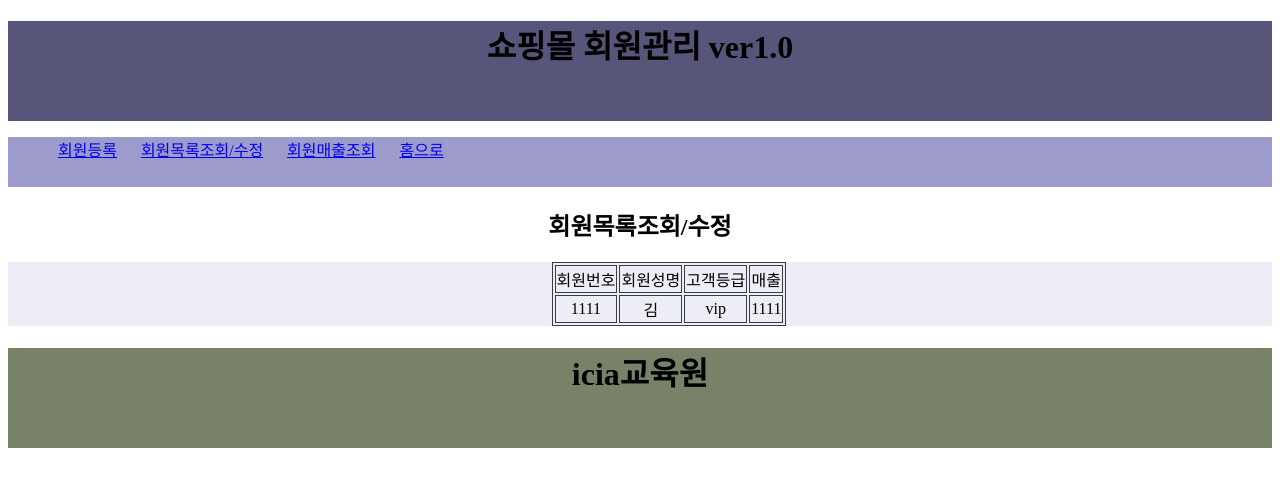
Repository: Kim-seongjun/javastudy2
Page: http://localhost/back_end_test/memberlist
The author's editor kept a copy of each file at every save. The page is drawn from the files as they stood at one save, then again after the next save.
The browser window is 1280 px wide. The pictures show the whole page.
The page is served by Tomcat 9. Other server files are loaded and not shown.

Above is the page before, as saved 2020-01-22 07:07:07.

### back_end_test/WebContent/memberlist.jsp
<%@ page language="java" contentType="text/html; charset=UTF-8"
	pageEncoding="UTF-8"%>
<!DOCTYPE html>
<html>
<head>
<meta charset="UTF-8">
<title>Insert title here</title>
<style>
#header {
	background-color: #58557A;
	text-align: center;
	height: 100px;
}

#nav {
	background-color: #9D9BCC;
	height: 50px;
}

#footer {
	text-align: center;
	background-color: #778268;
	height: 100px;
}

table {
	border: 1px solid #373D40;
	text-align: center;
	margin-left: 43%;
}

tr td {
	border: 1px solid #373D40;
}

#div_sales {
	background-color: #EDEDF7;
}
</style>
</head>
<body>

	<header>
		<div id="header">
			<jsp:include page="header.jsp" />
		</div>
	</header>
	<nav>
		<div id="nav">
			<jsp:include page="nav.jsp" />
		</div>
	</nav>
	<section>
		<div>
			<h1 style="text-align: center;">회원목록조회/수정</h1>
		</div>
		<div id="div_sales">
			<form action="#">
				<table>
					<tr>
						<td>회원번호</td>
						<td>회원성명</td>
						<td>고객등급</td>
						<td>매출</td>
					</tr>
					<tr>
						<td>1111</td>
						<td>김</td>
						<td>vip</td>
						<td>1111</td>
					</tr>
				</table>
			</form>
		</div>
	</section>
	<footer>
		<div id="footer">
			<jsp:include page="footer.jsp" />
		</div>
	</footer>
	<script>

	</script>
</body>
</html>

### back_end_test/WebContent/header.jsp
<%@ page language="java" contentType="text/html; charset=UTF-8"
	pageEncoding="UTF-8"%>
<!DOCTYPE html>
<html>
<head>
<meta charset="UTF-8">
<title>Insert title here</title>
<style>
</style>
</head>
<body>
<h1>쇼핑몰 회원관리 ver1.0</h1>
</body>
</html>

### back_end_test/WebContent/nav.jsp
<%@ page language="java" contentType="text/html; charset=UTF-8"
    pageEncoding="UTF-8"%>
<!DOCTYPE html>
<html>
<head>
<meta charset="UTF-8">
<title>Insert title here</title>

</head>
<style>
ul li {
	list-style-type: none;
	display: inline;
	margin: 0px 10px;
}
</style>
<body>
   <div id="div_nav">
      <ul id="list">
         <li><a href="Joinfrm">회원등록</a></li>
         <li><a href="memberlist">회원목록조회/수정</a></li>
         <li><a href="membersales">회원매출조회</a></li>
         <li><a href="index">홈으로</a></li>
      </ul>
   </div>
</body>
</html>

### back_end_test/WebContent/footer.jsp
<%@ page language="java" contentType="text/html; charset=UTF-8"
	pageEncoding="UTF-8"%>
<!DOCTYPE html>
<html>
<head>
<meta charset="UTF-8">
<title>Insert title here</title>
</head>
<body>
	<h1>icia교육원</h1>
</body>
</html>

### back_end_test/src/com/icia/open/Controller/Home.java
package com.icia.open.Controller;

import java.io.IOException;

import javax.servlet.RequestDispatcher;
import javax.servlet.ServletException;
import javax.servlet.annotation.WebServlet;
import javax.servlet.http.HttpServlet;
import javax.servlet.http.HttpServletRequest;
import javax.servlet.http.HttpServletResponse;

import com.icia.open.Bean.Forward;
import com.icia.open.DAO.MemberDao;
import com.icia.open.service.MemberMM;

/**
 * Servlet implementation class Home
 */

@WebServlet({ "/Joinfrm","/memberlist","/membersales","/index","/memberjoin" })

public class Home extends HttpServlet {
	private static final long serialVersionUID = 1L;

	protected void doProcess(HttpServletRequest request, HttpServletResponse response)
			throws ServletException, IOException {
		request.setCharacterEncoding("utf-8");
		String cmd = request.getServletPath();
		System.out.println("cmd = " + cmd);
		Forward fw = new Forward();
		MemberMM mm = new MemberMM(request, response);
		MemberDao md = new MemberDao();

		switch (cmd) {
		case "/memberjoin":
			fw = mm.memberjoin();
			break;
		case "/Joinfrm":
			fw = mm.Joinfrm();
			break;
		case "/index":
			fw = mm.index();
			break;
		case "/memberlist":
			fw = mm.memberlist();
			break;
		case "/membersales":
			fw = mm.membersales();
			break;
		}
		if(fw!=null) {
	         if(fw.isRedirect()) {
	            response.sendRedirect(fw.getPath());
	         }
	         else {
	            RequestDispatcher dis=request.getRequestDispatcher(fw.getPath());
	            dis.forward(request, response);
	         }
	      }
	}

	protected void doGet(HttpServletRequest request, HttpServletResponse response)
			throws ServletException, IOException {
		doProcess(request, response);
	}

	protected void doPost(HttpServletRequest request, HttpServletResponse response)
			throws ServletException, IOException {
		doProcess(request, response);
	}

}

### back_end_test/src/com/icia/open/Bean/Forward.java
package com.icia.open.Bean;

public class Forward {
	private String path;
	private boolean isRedirect;

	public String getPath() {
		return path;
	}

	public void setPath(String path) {
		this.path = path;
	}

	public boolean isRedirect() {
		return isRedirect;
	}

	public void setRedirect(boolean isRedirect) {
		this.isRedirect = isRedirect;
	}
}

### back_end_test/src/com/icia/open/service/MemberMM.java
package com.icia.open.service;

import java.text.SimpleDateFormat;
import java.util.Date;

import javax.servlet.http.HttpServletRequest;
import javax.servlet.http.HttpServletResponse;

import com.google.gson.Gson;
import com.icia.open.Bean.Forward;
import com.icia.open.Bean.Member;
import com.icia.open.DAO.MemberDao;

public class MemberMM {
	HttpServletRequest request;
	HttpServletResponse response;

	public MemberMM(HttpServletRequest request, HttpServletResponse response) {
		this.request = request;
		this.response = response;
	}

	public Forward index() {
		Forward fw = new Forward();
		fw.setPath("index.jsp");
		fw.setRedirect(false);
		return fw;

	}

	public Forward Joinfrm() {
		Forward fw = new Forward();
		MemberDao mDao = new MemberDao();
		Member mb = mDao.joinfrm();
		SimpleDateFormat format1 = new SimpleDateFormat("yyyy-MM-dd");
		Date time = new Date();
		String time1 = format1.format(time);
		System.out.println("time1=" + time1);
		System.out.println("가져온다" + mb.getCustno());
		request.setAttribute("custno", mb.getCustno());
		request.setAttribute("time1", time1);
		fw.setPath("Joinfrm.jsp");
		fw.setRedirect(false);
		return fw;
	}

	public Forward memberlist() {
		Forward fw = new Forward();
		MemberDao mDao = new MemberDao();
		fw.setPath("memberlist.jsp");
		fw.setRedirect(false);
		return fw;
	}

	public Forward membersales() {
		Forward fw = new Forward();
		MemberDao mDao = new MemberDao();
		Member mb = mDao.membersales();
		fw.setPath("membersales.jsp");
		fw.setRedirect(false);
		return fw;
	}

	public Forward memberjoin() {
		Forward fw = new Forward();
		Member mb = new Member();

		mb.setCustno(Integer.parseInt(request.getParameter("custno")));
		System.out.println("custno " + request.getParameter("custno"));
		mb.setCustname(request.getParameter("custname"));
		System.out.println("custname " + request.getParameter("custname"));
		mb.setPhone(request.getParameter("phone"));
		System.out.println("phone " + request.getParameter("phone"));

		mb.setAddress(request.getParameter("address"));
		System.out.println("address " + request.getParameter("address"));

		mb.setJoindate(request.getParameter("joindate"));
		System.out.println("joindate " + request.getParameter("joindate"));

		mb.setGrade(request.getParameter("grade"));
		System.out.println("grade " + request.getParameter("grade"));

		mb.setCity(request.getParameter("city"));
		System.out.println("city " + request.getParameter("city"));

		MemberDao mDao = new MemberDao();
		boolean result = mDao.memberJoin(mb);
		mDao.close();
		if (result) {
			fw.setPath("index.jsp");
			fw.setRedirect(true);
		} else {
			request.setAttribute("msg", "회원가입 실패");
			fw.setPath("Joinfrm.jsp");
			fw.setRedirect(false);
		}
		return fw;
	}

}

### back_end_test/src/com/icia/open/DAO/MemberDao.java
package com.icia.open.DAO;

import java.sql.Connection;
import java.sql.PreparedStatement;
import java.sql.ResultSet;
import java.sql.SQLException;

import com.icia.open.Bean.Member;

public class MemberDao {
	Connection con;
	PreparedStatement pstmt;
	ResultSet rs;

	public MemberDao() {
		con = JdbcUtil.getConnection();
	}

	public void close() {
		JdbcUtil.close(rs, pstmt, con);
	}

	public Member joinfrm() {
		String sql = "SELECT ROWNUM,CUSTNO FROM MEMBER WHERE ROWNUM=1 ORDER BY custno DESC";
		try {
			pstmt=con.prepareStatement(sql);
			rs=pstmt.executeQuery();
			Member mb = new Member();
			if(rs.next()) {
				mb.setCustno(rs.getInt("custno")+1);
				System.out.println("custno = "+rs.getInt("custno"));
			}
			return mb;

		} catch (SQLException e) {
			System.out.println("조인 예외");
			e.printStackTrace();
		}
		return null;
	}

	public Member membersales() {
		String sql = "SELECT * FROM MEMBER WHERE ROWNUM=1 ORDER BY custno DESC";
		return null;
	}



	public boolean memberJoin(Member mb) {
		String sql = "INSERT INTO MEMBER VALUES(?,?,?,?,?,?,?)";
		int result = 0;
		try {
			pstmt=con.prepareStatement(sql);
			pstmt.setInt(1, mb.getCustno());
			pstmt.setNString(2, mb.getCustname());
			pstmt.setNString(3, mb.getPhone());
			pstmt.setNString(4, mb.getAddress());
			pstmt.setNString(5, mb.getJoindate());
			pstmt.setNString(6, mb.getGrade());
			pstmt.setNString(7, mb.getCity());

			result = pstmt.executeUpdate();
			if (result != 0) {
				return true;
			}
			System.out.println("회원가입 성공");
		} catch (SQLException e) {
			System.out.println("회원가입 예외처리");
			e.printStackTrace();
		}
		return false;
	}
}

### back_end_test/src/com/icia/open/DAO/JdbcUtil.java
package com.icia.open.DAO;
import java.sql.Connection;
import java.sql.DriverManager;
import java.sql.PreparedStatement;
import java.sql.ResultSet;
import java.sql.SQLException;

//디비접속, 디비종료, TX(commit, rollback....)
public class JdbcUtil {

	static { // 초기화 1번만
		try {
			Class.forName("oracle.jdbc.driver.OracleDriver");
		} catch (ClassNotFoundException cne) {
			System.out.println("드라이버 로딩 실패");
			cne.printStackTrace();
		}
	} // static End

	public static Connection getConnection() { //db접속
		Connection con=null;
		try {
			con = DriverManager.getConnection("jdbc:oracle:thin:@localhost:1521:xe", "ICIA2", "1111");
			System.out.println("DB접속 성공");
			//con.setAutoCommit(false);  //트랜잭션 처리시 수동 커밋
		} catch (SQLException e) {
			System.out.println("DB접속 실패");
			e.printStackTrace();
		}
		return con;
	}//getConnection() End

	public static void close(ResultSet rs, PreparedStatement pstmt, Connection con) {
		try {
			if (rs != null)
				rs.close();
			if (pstmt != null)
				pstmt.close();
			if (con != null)
				con.close();

		} catch (SQLException e) {
			System.out.println("close 에러");
			e.printStackTrace();
		}
		System.out.println("close Ok");
	} //close() End

	public static void commit(Connection con) {
		try {
		con.commit();
	} catch (Exception e) {
		e.printStackTrace();
	}

	}  // commit() End



	public static void rollback(Connection con) {
		try {
			con.rollback();
		} catch (Exception e) {
		}

	}//rollback() End




}//class End

After the next save:
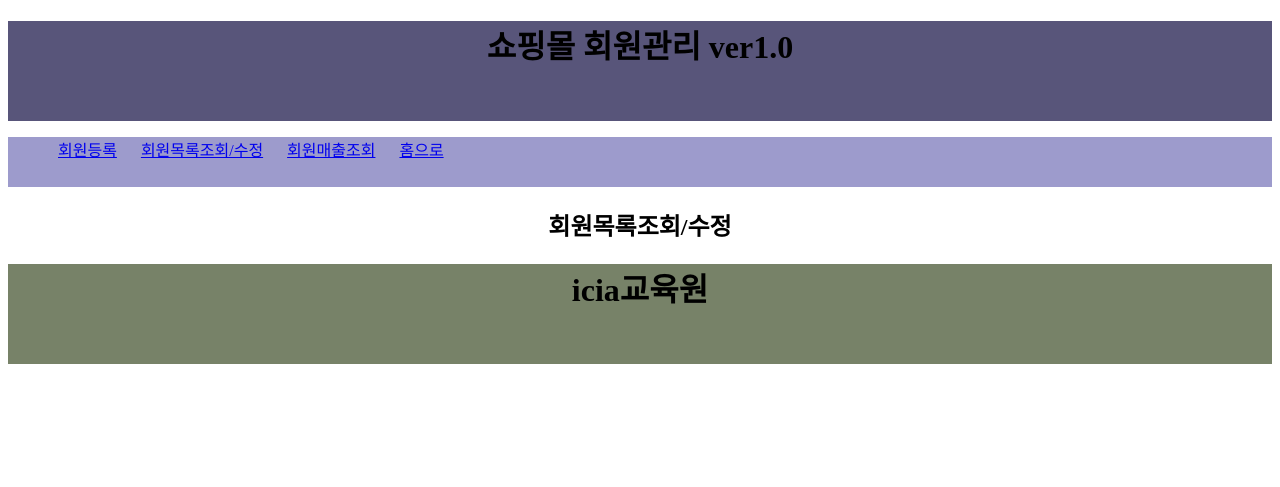
Saved 14 s later.
--- a/back_end_test/WebContent/memberlist.jsp
+++ b/back_end_test/WebContent/memberlist.jsp
@@ -55,22 +55,7 @@
 			<h1 style="text-align: center;">회원목록조회/수정</h1>
 		</div>
 		<div id="div_sales">
-			<form action="#">
-				<table>
-					<tr>
-						<td>회원번호</td>
-						<td>회원성명</td>
-						<td>고객등급</td>
-						<td>매출</td>
-					</tr>
-					<tr>
-						<td>1111</td>
-						<td>김</td>
-						<td>vip</td>
-						<td>1111</td>
-					</tr>
-				</table>
-			</form>
+
 		</div>
 	</section>
 	<footer>

After the 2 saves that followed:
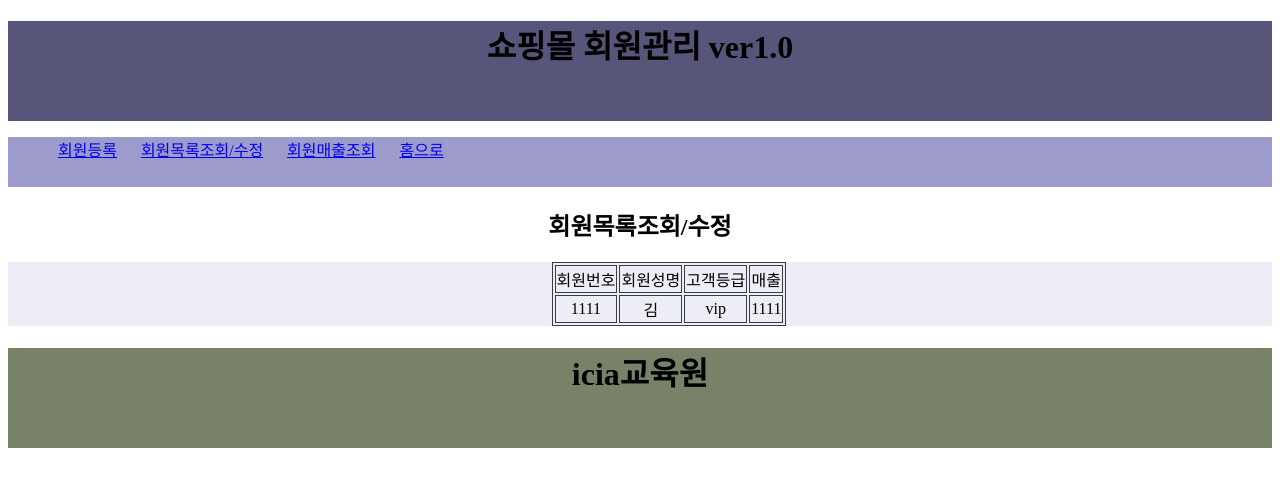
The 2 saves are shown as one change because 1 left the picture as it was.
The last was saved 4 min 44 s later.
--- a/back_end_test/WebContent/memberlist.jsp
+++ b/back_end_test/WebContent/memberlist.jsp
@@ -33,7 +33,7 @@
 	border: 1px solid #373D40;
 }
 
-#div_sales {
+#div_list {
 	background-color: #EDEDF7;
 }
 </style>
@@ -54,8 +54,23 @@
 		<div>
 			<h1 style="text-align: center;">회원목록조회/수정</h1>
 		</div>
-		<div id="div_sales">
-
+		<div id="div_list">
+			<form action="#">
+				<table>
+					<tr>
+						<td>회원번호</td>
+						<td>회원성명</td>
+						<td>고객등급</td>
+						<td>매출</td>
+					</tr>
+					<tr>
+						<td>1111</td>
+						<td>김</td>
+						<td>vip</td>
+						<td>1111</td>
+					</tr>
+				</table>
+			</form>
 		</div>
 	</section>
 	<footer>
